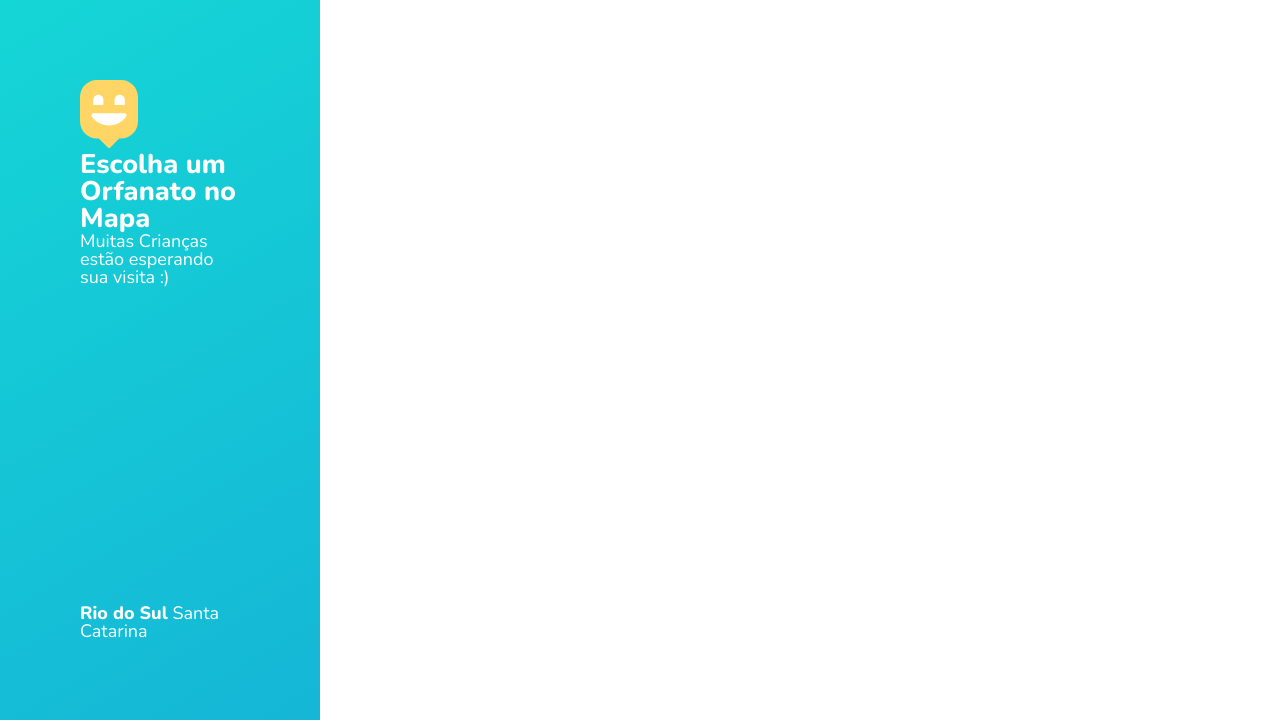
Repository: TeoNogueira/nlw3-rocketseatproject
Page: orphanages.html
An editor plug-in stored every save of this project. The page is shown before and after the next save, followed by the edit.
The browser window is 1280 px wide. The pictures show the whole page.

Above is the page before, as saved 2020-10-13 17:04:28.

After the next save:
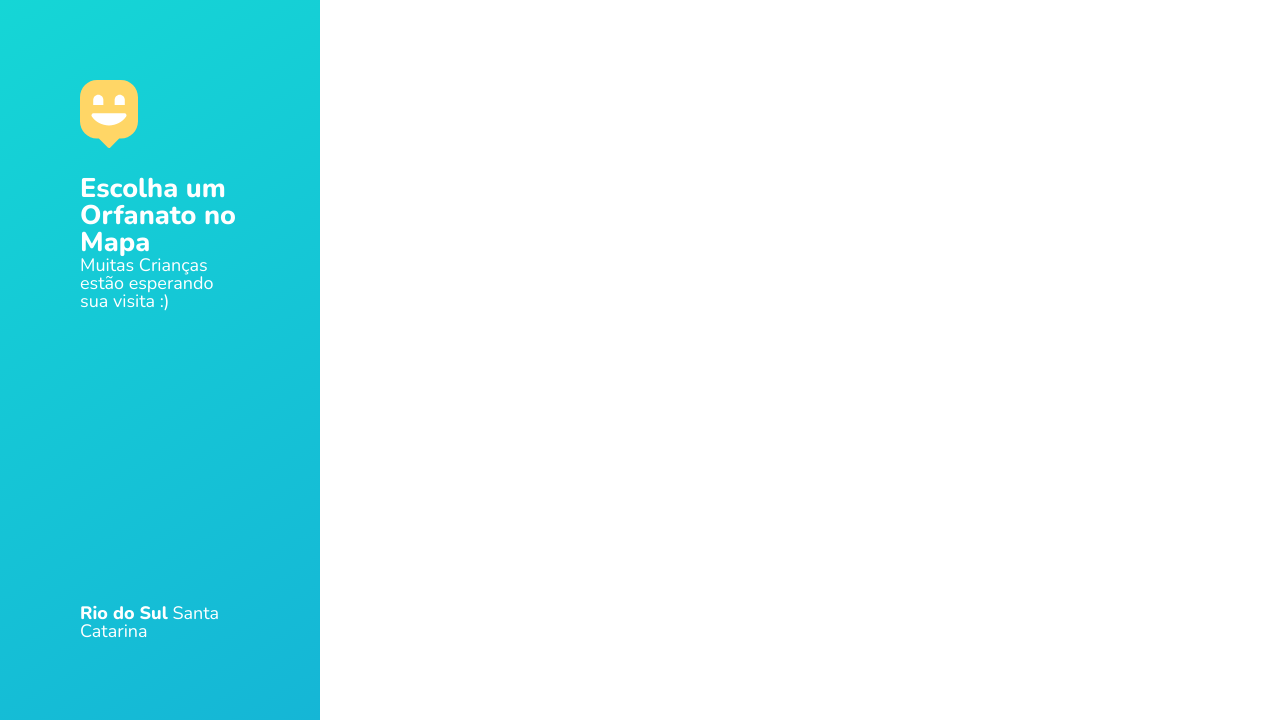
Saved 14 s later.
--- a/public/css/page-orphanages.css
+++ b/public/css/page-orphanages.css
@@ -21,7 +21,7 @@
 
 }
 
-aside h2 {
+aside h2 { margin-top: 2.4rem;
 
 
 
